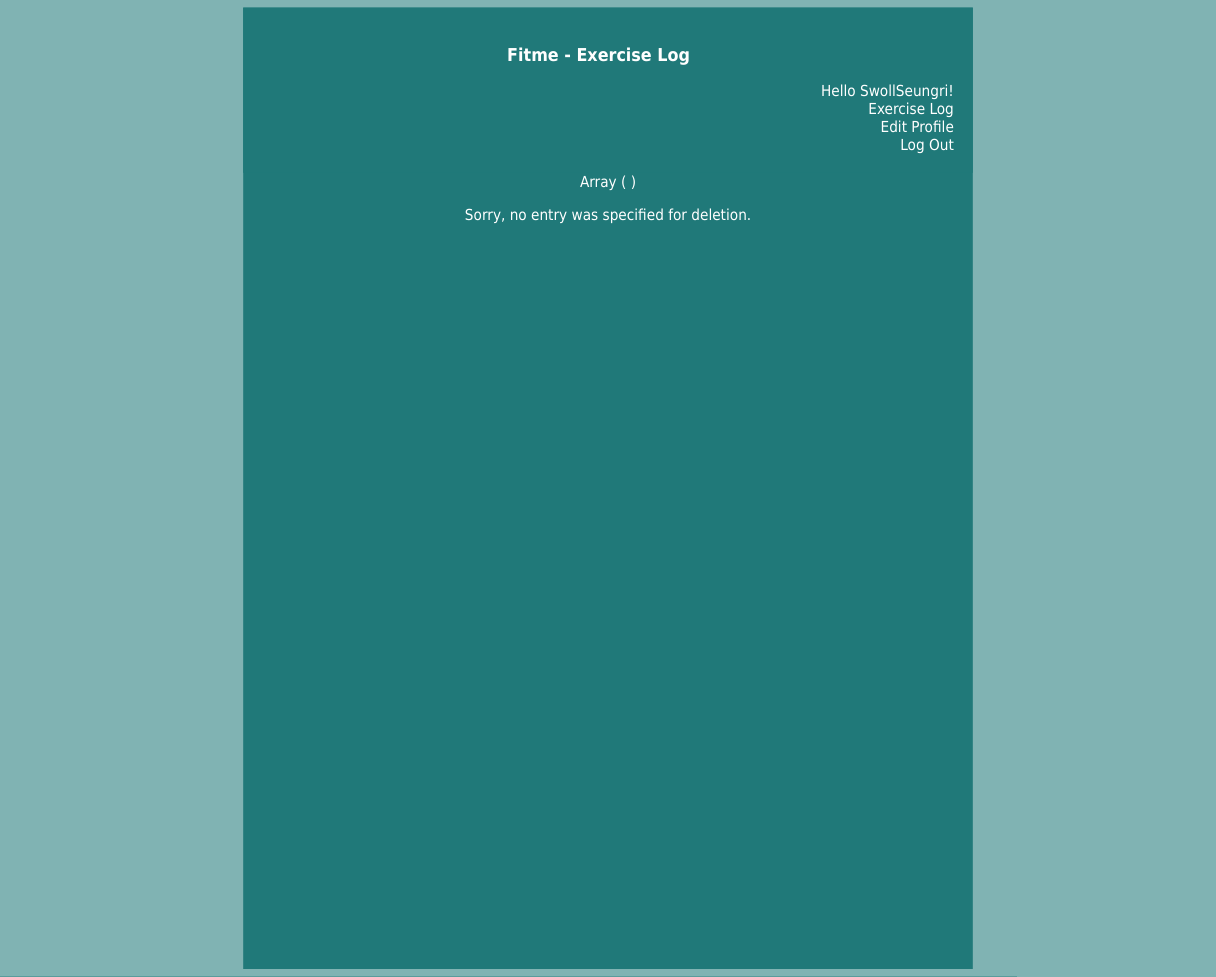
Repository: chelsea-g/PHP-MySQL
Page: http://localhost/projects/project02/delete.php
The author's editor kept a record of every edit. The page is drawn from the files as they stood at one moment, then again after the next edit.
The browser window is 1280 px wide. The pictures show the whole page, at 95% of full size.
The page is run by PHP 8.4 with error messages shown; the project is at /var/www/html/. The session is filled in as if someone had signed in: {"user_id": 1, "username": "SwollSeungri"}. Other server files are loaded and not shown.

Above is the page before.

### projects/project02/delete.php
<?php

    //Start the session
    require_once('startsession.php');

    //Insert page header
    $page_title = 'Exercise Log';
    require_once('header.php');

    //Implement scripts
    require_once('appvars.php');
    require_once('connectvars.php');

    //Display nav menu
    require_once('navmenu.php');

    //Make sure the user is logged in
    include('verifylogin.php');
        print_r($_GET);

    if (isset($_GET['id']) && isset($_GET['date']) && isset($_GET['type']) && isset($_GET['time_in_minutes']) && isset($_GET['heart_rate']) && isset($_GET['calories_burned'])) {

        // Grab the entry data from the GET
        $id = $_GET['id'];
        $date = $_GET['date'];
        $type = $_GET['type'];
        $time_in_minutes = $_GET['time_in_minutes'];
        $heart_rate = $_GET['heart_rate'];
        $calories_burned = $_GET['calories_burned'];

    } else if (isset($_POST['id']) && isset($_POST['type']) && isset($_POST['time_in_minutes']) && isset($_POST['date'])) {

        $id = $_POST['id'];
        $type = $_POST['type'];
        $time_in_minutes = $_POST['time_in_minutes'];
        $date = $_POST['date'];

    } else {

        echo '<p class="error">Sorry, no entry was specified for deletion.</p>';

    }

    if (isset($_POST['submit'])) {

        if ($_POST['confirm'] == 'Yes') {

            // Connect to the database
            $dbc = mysqli_connect(DB_HOST, DB_USER, DB_PASSWORD, DB_NAME);

            // Delete the entry data from the database
            $query = "DELETE FROM exercise_log WHERE id = $id LIMIT 1";
            mysqli_query($dbc, $query);
            mysqli_close($dbc);

            // Confirm success with the user
            echo '<p>The entry ' . $type . ' for ' . $time_in_minutes . ' minutes on ' . $date . ' was successfully deleted.<br />';
            echo '<a href="exerciselog.php">Back to Exercise Log</a>';

        } else {

          echo '<p class="error">Entry not removed.</p>';

        }

    } else if (isset($id) && isset($date) && isset($type) && isset($time_in_minutes) && isset($heart_rate) && isset($calories_burned)) {

        echo '<p>Are you sure you want to delete the following entry?</p>';
        echo '<p><strong>Date: </strong>' . $date . '<br /><strong>Type: </strong>' . $type .
             '<br /><strong>Duration: </strong>' . $time_in_minutes . '<br /><strong>Heart Rate: </strong>' .
             $heart_rate . '<br /><strong>Calories Bruned: </strong>' . $calories_burned . '</p>';
        echo '<form method="post" action="delete.php">';
        echo '<input type="radio" name="confirm" value="Yes" /> Yes ';
        echo '<input type="radio" name="confirm" value="No" checked="checked" /> No <br />';
        echo '<input type="submit" value="Submit" name="submit" />';
        echo '<input type="hidden" name="id" value="' . $id . '" />';
        echo '<input type="hidden" name="date" value="' . $date . '" />';
        echo '<input type="hidden" name="type" value="' . $type . '" />';
        echo '<input type="hidden" name="time_in_minutes" value="' . $time_in_minutes . '" />';
        echo '<input type="hidden" name="heart_rate" value="' . $heart_rate . '" />';
        echo '<input type="hidden" name="calories_burned" value="' . $calories_burned . '" />';
        echo '</form>';

    }

?>

### projects/project02/startsession.php
<?php

    //Start the session
    session_start();

    //If the session vars aren't yet set, try to set them with a cookie
    if (!isset($_SESSION['user_id'])) {



        if (isset($_COOKIE['user_id']) && isset($_COOKIE['username'])) {

            $_SESSION['user_id'] = $_COOKIE['user_id'];
            $_SESSION['username'] = $_COOKIE['username'];

        }

    }

    //When a new session is started, make sure the message variable is empty
    if (!isset($_SESSION['message'])) {

        $_SESSION['message'] = "";

    }

?>

### projects/project02/header.php
<!-- PAGE HEADER -->

<!DOCTYPE html PUBLIC "-//W3C//DTD XHTML 1.0 Transitional//EN"
"http://www.w3.org/TR/xhtml1/DTD/xhtml1-transitional.dtd">
<html xmlns="http://www.w3.org/1999/xhtml" xml:lang="en" lang="en">

<head>

  <meta http-equiv="Content-Type" content="text/html; charset=utf-8" />

  <title>FitMe Exercise Logger - <?= $page_title ?></title>

    <link rel="stylesheet" type="text/css" href="style.css" />


</head>

<body>
<div class="main">

### projects/project02/appvars.php
<?php
  // Define application constants
  define('MM_UPLOADPATH', 'images/');
  define('MM_MAXFILESIZE', 32768);      // 32 KB
  define('MM_MAXIMGWIDTH', 220);        // 120 pixels
  define('MM_MAXIMGHEIGHT', 220);       // 120 pixels

?>

### projects/project02/connectvars.php
<?php
  // Define database connection constants
  define('DB_HOST', 'localhost');
  define('DB_USER', 'root');
  define('DB_PASSWORD', '');
  define('DB_NAME', 'exercisedb');
?>

### projects/project02/navmenu.php
<?php




    //Generate the nav menu
    echo '<div class="navmenu">';
    echo '<h3>Fitme - ' . $page_title . '</h3>';

    if(!isset($_SESSION['username'])) {

        echo '<a href="login.php">Login</a><br />';
        echo '<a href="signup.php">Sign Up</a>';

    } else {

        echo 'Hello  ' . $_SESSION['username'] . '!<br />';
        echo '<a href="index.php">Exercise Log</a><br />';
        echo '<a href="editprofile.php">Edit Profile</a><br />';
        echo '<a href="logout.php">Log Out</a><br />';

    }


    echo '</div>';

?>

### projects/project02/verifylogin.php
<?php

    //Make sure the user is logged in, if they aren't, send them to the login page
    if (!isset($_SESSION['user_id'])){

        //Redirect to login
        $login_url = 'http://' . $_SERVER['HTTP_HOST'] . dirname($_SERVER['PHP_SELF']) . '/login.php';

        //Remember this page so the user can be redirected back to it after login
        $_SESSION['current_page'] = $_SERVER['REQUEST_URI'];

        header('Location: ' . $login_url);

        // add feature later...
        //if ($_SESSION['current_page'] != "/projects/project02/index.php") {

        //    $_SESSION['message'] = 'You must be logged in to access this page!';

        //}

    }

?>

### projects/project02/style.css
.placeholder {
  display: none;

}

body {

    margin-right: 20%;
    margin-left: 20%;
    font-family: tahoma;
    color: white;
    background-color: #80b3b3;
    padding: 0%;

}

.main {

    padding-bottom: 100%;
    background-color: #207979;
    text-align: center;

}

h3 {
    text-align: center;
}

.standout {

    text-decoration: bold;

}

.navmenu {

    background-color: #207979;
    padding-right: 20px;
    padding-bottom: 20px;
    padding-top: 20px;
    text-align: right;

}

a {

    color: white;
    text-decoration: none;

}

a:hover {

    color: lightblue;


}


.generatecss_dot_com_table {
  margin: 36px;
  box-shadow: 10px 10px 20px 9px #809999;
  border: 2px solid #207979;
  -moz-border-radius-bottomleft: 2px;
  -webkit-border-bottom-left-radius: 2px;
  border-bottom-left-radius: 2px;
  -moz-border-radius-bottomright: 2px;
  -webkit-border-bottom-right-radius: 2px;
  border-bottom-right-radius: 2px;
  -moz-border-radius-topright: 2px;
  -webkit-border-top-right-radius: 2px;
  border-top-right-radius: 2px;
  -moz-border-radius-topleft: 2px;
  -webkit-border-top-left-radius: 2px;
  border-top-left-radius: 2px;
}

.generatecss_dot_com_table table {
  margin: 0px;
  padding: 0px;
  border-collapse: collapse;
  border-spacing: 0;
  width: 100%;
  height: 100%;
}

.generatecss_dot_com_table tr:last-child td:last-child {
  -moz-border-radius-bottomright: 2px;
  -webkit-border-bottom-right-radius: 2px;
  border-bottom-right-radius: 2px;
}

.generatecss_dot_com_table table tr:first-child td:first-child {
  -moz-border-radius-topleft: 2px;
  -webkit-border-top-left-radius: 2px;
  border-top-left-radius: 2px;
}

.generatecss_dot_com_table table tr:first-child td:last-child {
  -moz-border-radius-topright: 2px;
  -webkit-border-top-right-radius: 2px;
  border-top-right-radius: 2px;
}

.generatecss_dot_com_table tr:last-child td:first-child {
  -moz-border-radius-bottomleft: 2px;
  -webkit-border-bottom-left-radius: 2px;
  border-bottom-left-radius: 2px;
}

.generatecss_dot_com_table tr:nth-child(odd) {
  background-color: #ffffff;
}

.generatecss_dot_com_table tr:nth-child(even) {
  background-color: #ffffff;
}

.generatecss_dot_com_table td {
  vertical-align:middle;
  border:2px solid #207979;
  border-width: 0px 1px 1px 0px;
  text-align: left;
  padding: 2px;
  font-size: 12px;
  font-family: Tahoma;
  color: #609f9f;
}

.generatecss_dot_com_table tr:last-child td {
  border-width: 0px 1px 0px 0px;
}

.generatecss_dot_com_table tr td:last-child {
  border-width: 0px 0px 1px 0px;
}

.generatecss_dot_com_table tr:last-child td:last-child {
  border-width: 0px 0px 0px 0px;
}

.generatecss_dot_com_table tr:first-child td {
  background:-o-linear-gradient(bottom, #dfecec 5%, #dfecec 100%);
  background:-webkit-gradient(linear, left top, left bottom, color-stop(0.05, #dfecec), color-stop(1, #dfecec));
  background:-moz-linear-gradient(center top, #dfecec 5%, #dfecec 100%);
  filter:progid:DXImageTransform.Microsoft.gradient(startColorstr="#dfecec", endColorstr="#dfecec");
  background: -o-linear-gradient(top,#dfecec, #dfecec);
  background-color: #dfecec;
  border: 2px solid #207979;
  text-align: center;
  border-width: 0px 0px 1px 1px;
  font-size: 18px;
  font-family: Tahoma;
  color: #207979;
  font-weight: bold;

}

.generatecss_dot_com_table tr:first-child:hover td {
  background:-o-linear-gradient(bottom, #dfecec 5%, #dfecec 100%);
  background:-webkit-gradient(linear, left top, left bottom, color-stop(0.05, #dfecec), color-stop(1, #dfecec));
  background:-moz-linear-gradient(center top, #dfecec 5%, #dfecec 100%);
  filter:progid:DXImageTransform.Microsoft.gradient(startColorstr="#dfecec", endColorstr="#dfecec");
  background: -o-linear-gradient(top,#dfecec, #dfecec);
  background-color: #dfecec;
}

.generatecss_dot_com_table tr:first-child td:first-child {
  border-width: 0px 0px 1px 0px;
}

.generatecss_dot_com_table tr:first-child td:last-child {
  border-width: 0px 0px 1px 1px;
}

After the next edit:
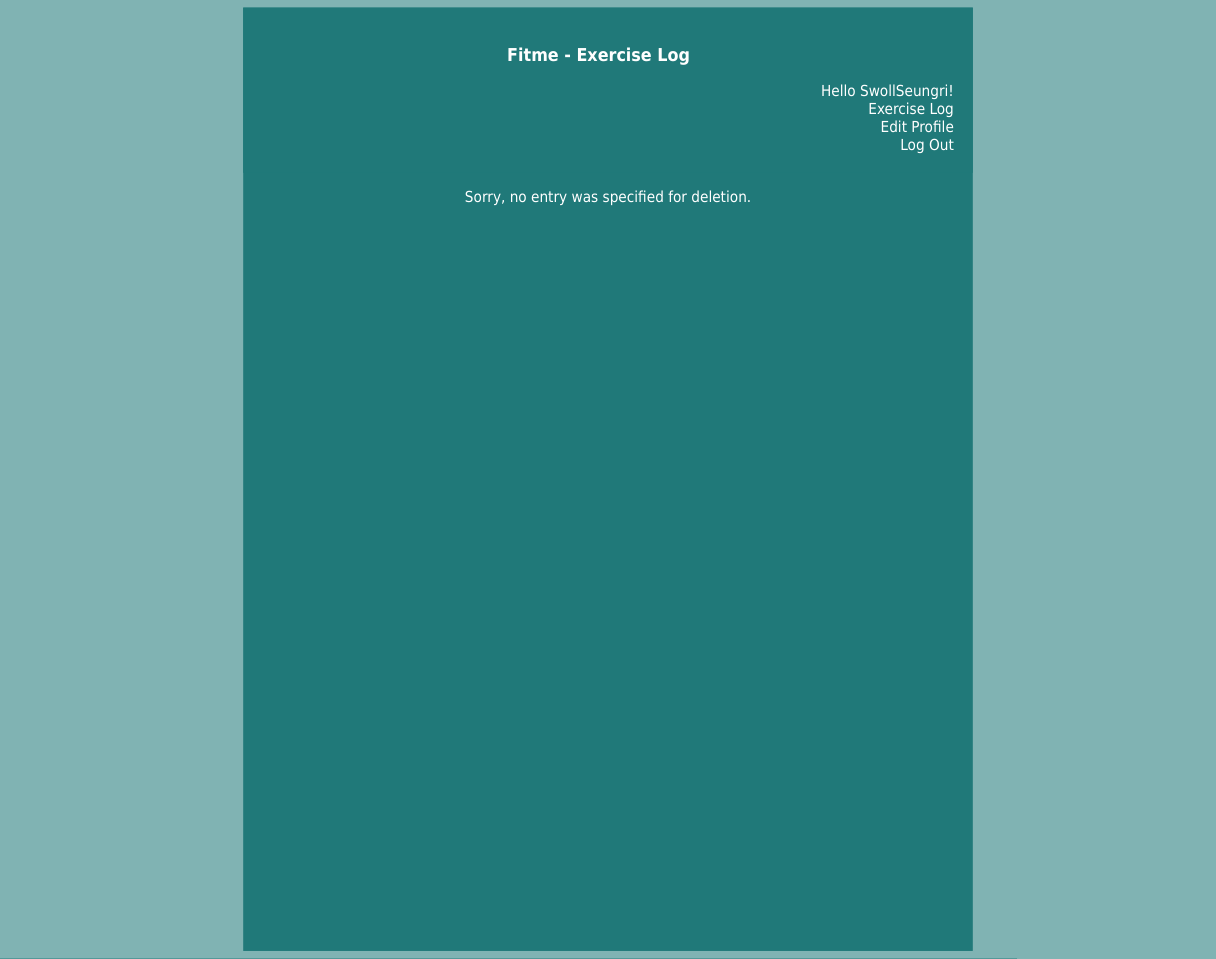
The edit:
--- a/projects/project02/delete.php
+++ b/projects/project02/delete.php
@@ -16,7 +16,6 @@
 
     //Make sure the user is logged in
     include('verifylogin.php');
-        print_r($_GET);
 
     if (isset($_GET['id']) && isset($_GET['date']) && isset($_GET['type']) && isset($_GET['time_in_minutes']) && isset($_GET['heart_rate']) && isset($_GET['calories_burned'])) {
 
